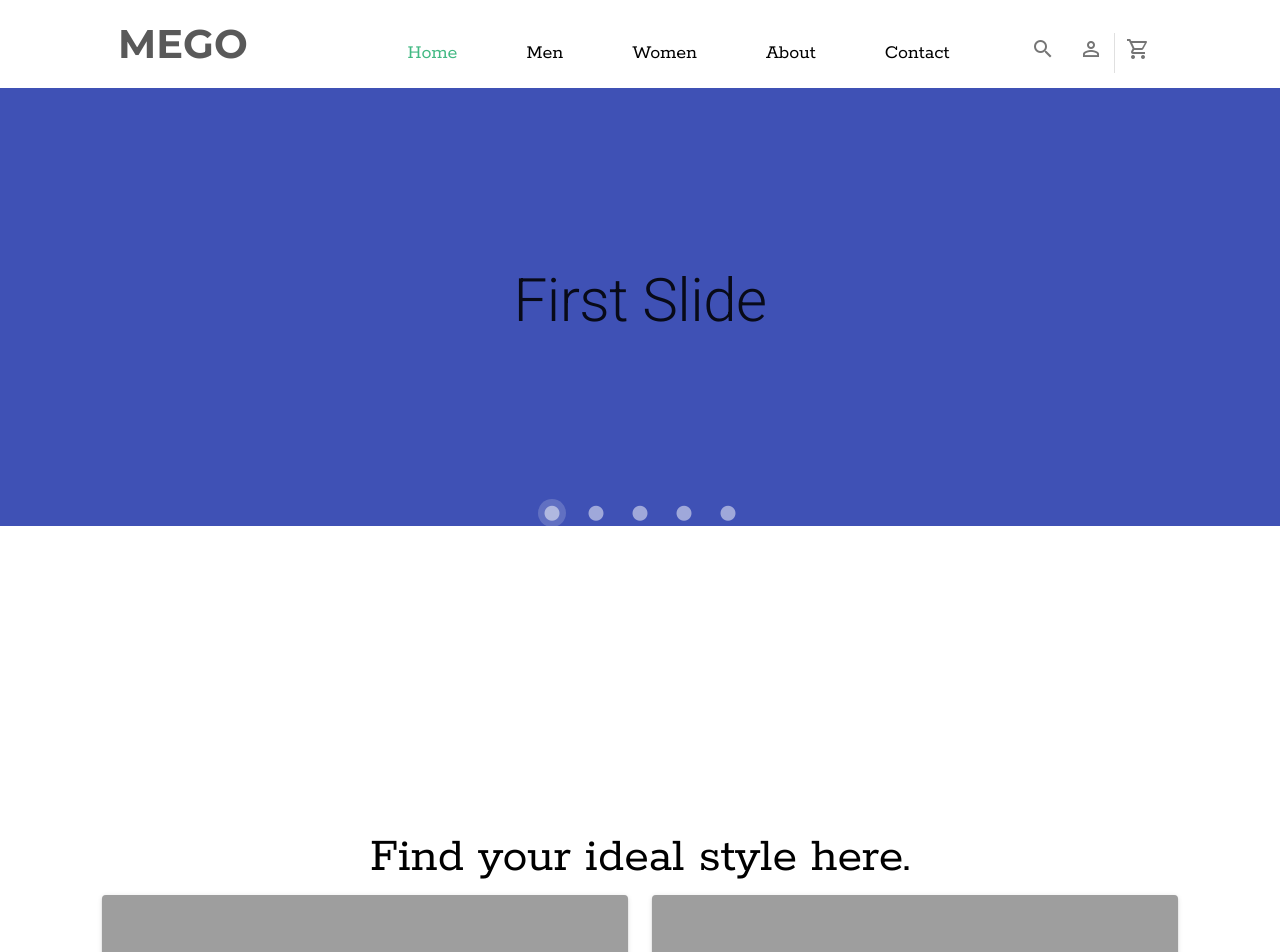
Repository: nguyenphuong152/shoesstore
Page: / (app in frontend-customer/)
An editor plug-in stored every save of this project. The page is shown before and after the next save, followed by the edit.
The browser window is 1280 px wide. The pictures show the part of the page from y = 0 to 952 px (the page is 2754 px tall).
Pictures or frames that could not be fetched are drawn as grey boxes. The project was rebuilt for these pictures with package versions that can differ from the ones it lists, and the page was loaded fresh each time. Also part of the build but not shown: frontend-customer/vue.config.js, frontend-customer/src/views/Men.vue, frontend-customer/src/views/Women.vue.

Above is the page before, as saved 2020-11-19 14:54:53.

### frontend-customer/public/index.html
<!DOCTYPE html>
<html lang="en">
  <head>
    <meta charset="utf-8">
    <meta http-equiv="X-UA-Compatible" content="IE=edge">
    <meta name="viewport" content="width=device-width,initial-scale=1.0">
    <link rel="icon" href="<%= BASE_URL %>favicon.ico">
    <title><%= htmlWebpackPlugin.options.title %></title>
    <link rel="stylesheet" href="https://fonts.googleapis.com/css?family=Roboto:100,300,400,500,700,900">
    <link rel="stylesheet" href="https://cdn.jsdelivr.net/npm/@mdi/font@latest/css/materialdesignicons.min.css">
    <link rel="stylesheet" href="https://fonts.googleapis.com/css?family=Roboto:100,300,400,500,700,900">
    <link href="https://fonts.googleapis.com/css?family=Montserrat:300,400,500,600,700" rel="stylesheet">
	<link href="https://fonts.googleapis.com/css?family=Rokkitt:100,300,400,700" rel="stylesheet">
    <link rel="stylesheet" href="https://cdn.jsdelivr.net/npm/@mdi/font@latest/css/materialdesignicons.min.css">
  </head>
  <body>
    <noscript>
      <strong>We're sorry but <%= htmlWebpackPlugin.options.title %> doesn't work properly without JavaScript enabled. Please enable it to continue.</strong>
    </noscript>
    <div id="app"></div>
    <!-- built files will be auto injected -->
  </body>
</html>

### frontend-customer/src/main.js
import Vue from 'vue'
import App from './App.vue'
import vuetify from './plugins/vuetify';
import router from './router'
import '../sass/style.scss'

Vue.config.productionTip = false

new Vue({
  vuetify,
  router,
  render: h => h(App)
}).$mount('#app')

### frontend-customer/src/App.vue
<template>
  <v-app app>
    <v-container>
      <Toolbar/>
    </v-container>
    <v-main>
      <router-view></router-view>
    </v-main>
      <Footer/>
  </v-app>

</template>

<script>

import Footer from "./components/Footer";
import Toolbar from "./components/Toolbar";

export default {
  name: "App",

  components: {
    Toolbar,
    Footer
  },

  data: () => ({
    //
  }),
};
</script>

### frontend-customer/src/plugins/vuetify.js
import Vue from 'vue';
import Vuetify from 'vuetify/lib';


Vue.use(Vuetify);

const vuetify = new Vuetify({
    theme: {
      themes: {
        light: {
          primary: '#000',
          secondary: '#b0bec5',
          accent: '#8c9eff',
          error: '#b71c1c',
        },
      },
    },
  })

export default new Vuetify({
    vuetify,
});

### frontend-customer/src/router/index.js
import Vue from 'vue'
import VueRouter from 'vue-router'
import Home from '../views/Home.vue'
import Men from '../views/Men.vue'
import Women from '../views/Women.vue'


Vue.use(VueRouter)

const routes = [
  {
    path: '/',
    name: 'Home',
    component: Home
  },
  {
    path: '/men',
    name: 'Men',
    component:Men
  },
  {
    path: '/women',
    name: 'Women',
    component:Women
  },
  {
    path: '/about',
    name: 'About',
    // route level code-splitting
    // this generates a separate chunk (about.[hash].js) for this route
    // which is lazy-loaded when the route is visited.
    component: () => import(/* webpackChunkName: "about" */ '../views/About.vue')
  },
  {
    path: '/contact',
    name: 'Contact',
    component: () => import(/* webpackChunkName: "about" */ '../views/Contact.vue')
  },
  {
    path: '/cart',
    name: 'Cart',
    component: () => import(/* webpackChunkName: "about" */ '../views/Cart.vue')
  },
  {
    path: '/account',
    name: 'Account',
    component: () => import(/* webpackChunkName: "about" */ '../views/Account.vue')
  },
]

const router = new VueRouter({
  mode: 'history',
  base: process.env.BASE_URL,
  routes
})

export default router

### frontend-customer/sass/style.scss

$font-primary: 'Montserrat',
Arial,
sans-serif;
$font-secondary: 'Rokkitt',
Georgia,
serif;

// Overrides
$grid-gutter-width: 20px !default;
$border-radius-base: 4px !default;
$padding-base-vertical: 14px !default;

$brand-primary: #616161 !default;
$brand-secondary: #88c8bc !default;
$brand-yellow: #FFDD00 !default;
$brand-footer-color: #2C2E3E;

$brand-white: #fff;
$brand-black: #000;
$brand-darker: #444;
$brand-gray: #ccc;
$brand-lighter: #e9e9e9;
$brand-body-color: #e8e8e8;
$brand-selection-color: #f9f6f0;
$brand-overlay-color: #4c4a8a;
$brand-bg-color: $brand-white;


#app {
  -webkit-font-smoothing: antialiased;
  -moz-osx-font-smoothing: grayscale;

  text-align: center;
  .container {
    max-width: 1100px;
  }
  font: 300
}

.nav {
  padding-left: 0px;
  a {
    font-size: 20px;
    color: lighten($brand-black,35%);
    font-family: $font-secondary;
    text-decoration: none;
    font-weight: 500;
    &.router-link-exact-active {
      color: #42b983;
    }

  }
}

#logo {
  font-size: 40px;
  font-weight: 700;
  font-family: $font-primary;
  color: lighten($brand-black, 35%);
}


.slogan {
  font-size: 50px;
  color: #2c3e50;
  font-family: $font-secondary;
  text-decoration: none;
}

.title-collection{
  @extend .slogan;
  font-size: 25px;
}


.slogan-3 {
  @extend .slogan;
  font-size: 35px;
}

.title-shoes {
  @extend .slogan;
  font-size: 22px;
}


.footer-text {
  font-family:$font-primary;
  font-size: 16px;
}

### frontend-customer/src/components/Footer.vue
<template>
  <v-footer class="white" padless>
    <v-row justify="center" no-gutters>
      <v-btn
        v-for="link in links"
        :key="link"
        color="black"
        text
        rounded
        class="my-2 footer-text"
      >
        {{ link }}
      </v-btn>
      <v-col class="white py-4 text-center fluid footer-text" cols="12">
        {{ new Date().getFullYear() }} — <strong>Made with love</strong>
        <v-btn class="mx-2" fab dark small color="primary"
        ><v-icon dark>
          mdi-minus
        </v-icon>
      </v-btn>
      </v-col>
    </v-row>
  </v-footer>
</template>

<script>
export default {
  data: () => ({
    links: ["Home", "About Us", "Team", "Services", "Blog", "Contact Us"],
  }),
};
</script>

<style></style>

### frontend-customer/src/components/Toolbar.vue
<template>
  <v-toolbar flat>
    <v-row class="d-flex align-baseline">
      <v-col cols="3" class="d-flex justify-lg-start">
        <v-toolbar-title id="logo">MEGO</v-toolbar-title>
      </v-col>
      <v-col class="d-flex justify-space-around text-start nav">
         <router-link to="/">Home</router-link>
         <router-link to="/men">Men</router-link>
         <router-link to="/women">Women</router-link>
         <router-link to="/about">About</router-link>
         <router-link to="/contact">Contact</router-link>
      </v-col>
      <v-col cols="2" class="d-flex justify-end">
        <v-btn icon>
          <v-icon>mdi-magnify</v-icon>
        </v-btn>

        <v-btn icon>
          <v-icon>mdi-account-outline</v-icon>
        </v-btn>
        <v-divider vertical inset></v-divider>
        <v-btn icon>
          <v-icon>mdi-cart-outline</v-icon>
        </v-btn>
      </v-col>
    </v-row>
  </v-toolbar>
</template>

<script>
export default {};
</script>

<style></style>

### frontend-customer/src/views/Home.vue
<template>
  <div class="app">
    <v-main>
      <div class="d-flex flex-column">
            <Banner />
      <v-container >
        <a class="slogan">Find your ideal style here.</a>
        <Collection />
      </v-container>
      <v-container mt-8>
         <a class="slogan">Best Sellers</a>
        <BestSeller />
      </v-container>
      <v-container my-16>
        <a class="slogan-3">Trusted Partners</a>
        <Partner />
      </v-container>
      </div>
    </v-main>
  </div>
</template>

<script>
import Collection from "../components/Collection";
import Banner from "../components/Banner";
import BestSeller from "../components/BestSeller";
import Partner from "../components/Partner";

export default {
  components: {
    Banner,
    Collection,
    BestSeller,
    Partner,
  },

  data: () => ({
    //
  }),
};
</script>

### frontend-customer/src/components/Collection.vue
<template>
  <v-row>
    <v-col v-for="n in 2" :key="n" class="d-flex child-flex" cols="6">
      <v-card>
        <v-img
          :src="`https://picsum.photos/500/300?image=${n * 5 + 10}`"
          :lazy-src="`https://picsum.photos/10/6?image=${n * 5 + 10}`"
         class="grey lighten-2"
        >
          <template v-slot:placeholder>
            <v-row class="fill-height ma-0" align="center" justify="center">
              <v-progress-circular
                indeterminate
                color="grey lighten-5"
              ></v-progress-circular>
            </v-row>
          </template>
        </v-img>
        <v-card-title class="title-collection justify-center">
      {{titles[n-1]}}
    </v-card-title>
      </v-card>
    </v-col>
  </v-row>
</template>

<script>
export default {
      data(){
          return {
              titles:[
                  "Shop Men's Collection",
                  "Shop Women's Collection",
              ],
          }
      }
};
</script>

<style></style>

### frontend-customer/src/components/Banner.vue
<template>
  <v-app>
    <v-carousel
      cycle
      height="450"
      hide-delimiter-background
      show-arrows-on-hover
    >
      <v-carousel-item v-for="(slide, i) in slides" :key="i">
        <v-sheet :color="colors[i]" height="100%">
          <v-row class="fill-height" align="center" justify="center">
            <div class="display-3">{{ slide }} Slide</div>
          </v-row>
        </v-sheet>
      </v-carousel-item>
    </v-carousel>
  </v-app>
</template>

<script>
export default {
  data() {
    return {
      colors: [
        "indigo",
        "warning",
        "pink darken-2",
        "red lighten-1",
        "deep-purple accent-4",
      ],
      slides: ["First", "Second", "Third", "Fourth", "Fifth"],
    };
  },
};
</script>

### frontend-customer/src/components/BestSeller.vue
<template>
  <v-row >
    <v-col v-for="n in 12" :key="n" class="d-flex child-flex" cols="3">
      <v-card class="mx-auto"
    max-width="300"
    max-height="400"
    outlined>
        <v-img
          :src="`https://picsum.photos/500/300?image=${n * 5 + 10}`"
          :lazy-src="`https://picsum.photos/10/6?image=${n * 5 + 10}`"
          aspect-ratio="1"
          class="grey lighten-2"
          height="200"
        >
          <template v-slot:placeholder>
            <v-row class="fill-height ma-0" align="center" justify="center">
              <v-progress-linear
                indeterminate
                color="yellow darken-2"
              ></v-progress-linear>
            </v-row>
          </template>
        </v-img>
        <v-card-title class="title-shoes justify-center" > Pic{{ n }} </v-card-title>
        <v-card-subtitle justify-center >Price</v-card-subtitle>
      </v-card>
    </v-col>
  </v-row>
</template>

<script>
export default {
  data() {},
};
</script>

<style></style>

### frontend-customer/src/components/Partner.vue
<template>
  <v-row class= "d-flex justify-space-around">
    <v-col
      v-for="item in items"
      :key="item.id"
      class="d-flex child-flex"
      cols="2"
    >
        <v-img :src="item.src" class="grey lighten-2">
          <template v-slot:placeholder>
            <v-row class="fill-height ma-0" align="center" justify="center">
              <v-progress-circular
                indeterminate
                color="grey lighten-5"
              ></v-progress-circular>
            </v-row>
          </template>
        </v-img>
    </v-col>
  </v-row>
</template>

<script>
export default {
  data() {
    return {
      items: [
        {
          id: 1,
          src: require("../assets/brand-1.jpg"),
        },
        {
          id: 2,
          src: require("../assets/brand-2.jpg"),
        },
        {
          id: 3,
          src: require("../assets/brand-3.jpg"),
        },
        {
          id: 4,
          src: require("../assets/brand-4.jpg"),
        },
        {
          id: 5,
          src: require("../assets/brand-5.jpg"),
        },
      ],
    };
  },
};
</script>

<style></style>

After the next save:
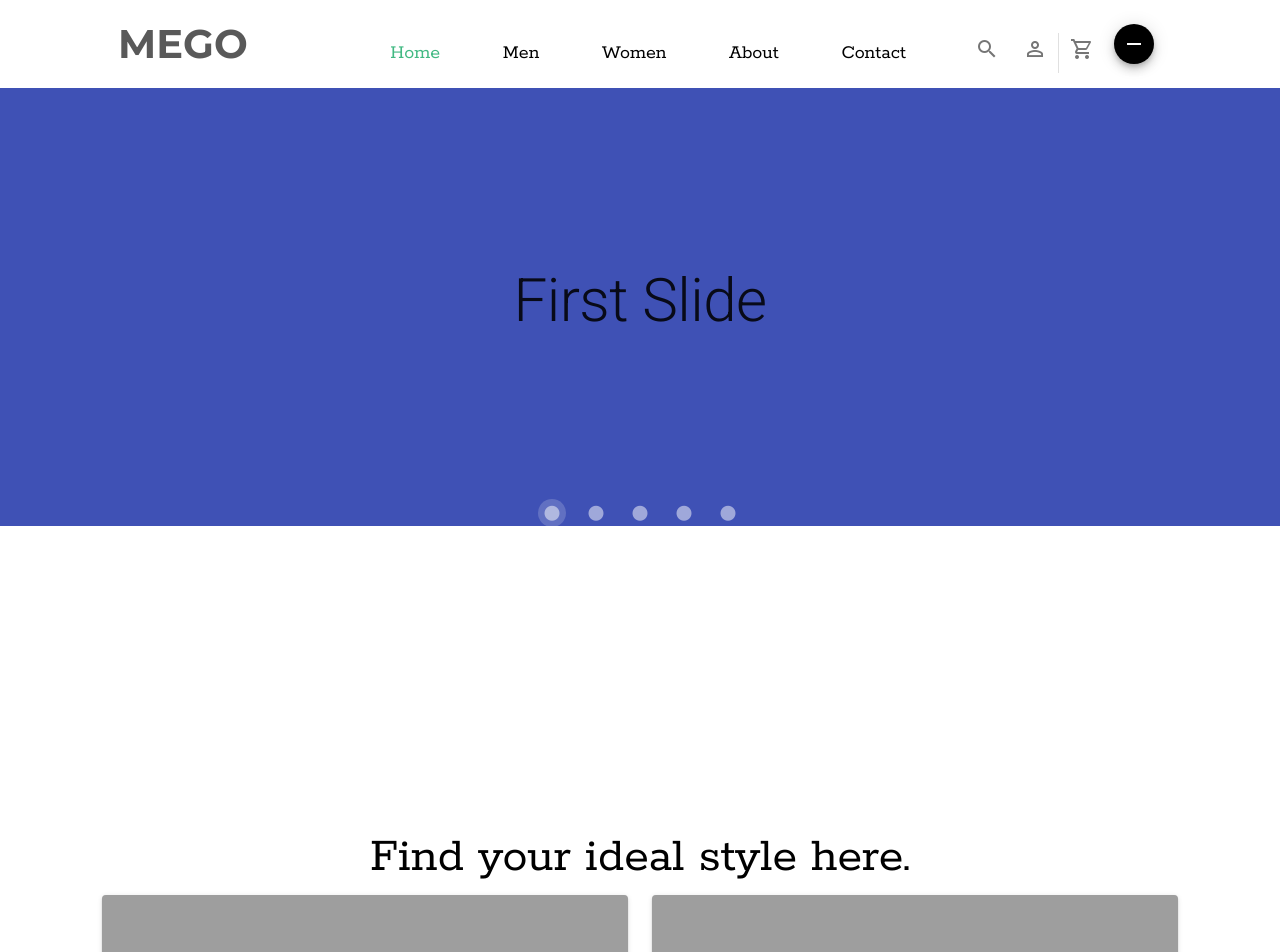
Saved 5 min 43 s later.
--- a/frontend-customer/src/components/Toolbar.vue
+++ b/frontend-customer/src/components/Toolbar.vue
@@ -25,6 +25,11 @@
         </v-btn>
       </v-col>
     </v-row>
+    <v-btn class="mx-2" fab dark small color="primary"
+        ><v-icon dark>
+          mdi-minus
+        </v-icon>
+      </v-btn>
   </v-toolbar>
 </template>
 

After the save that followed:
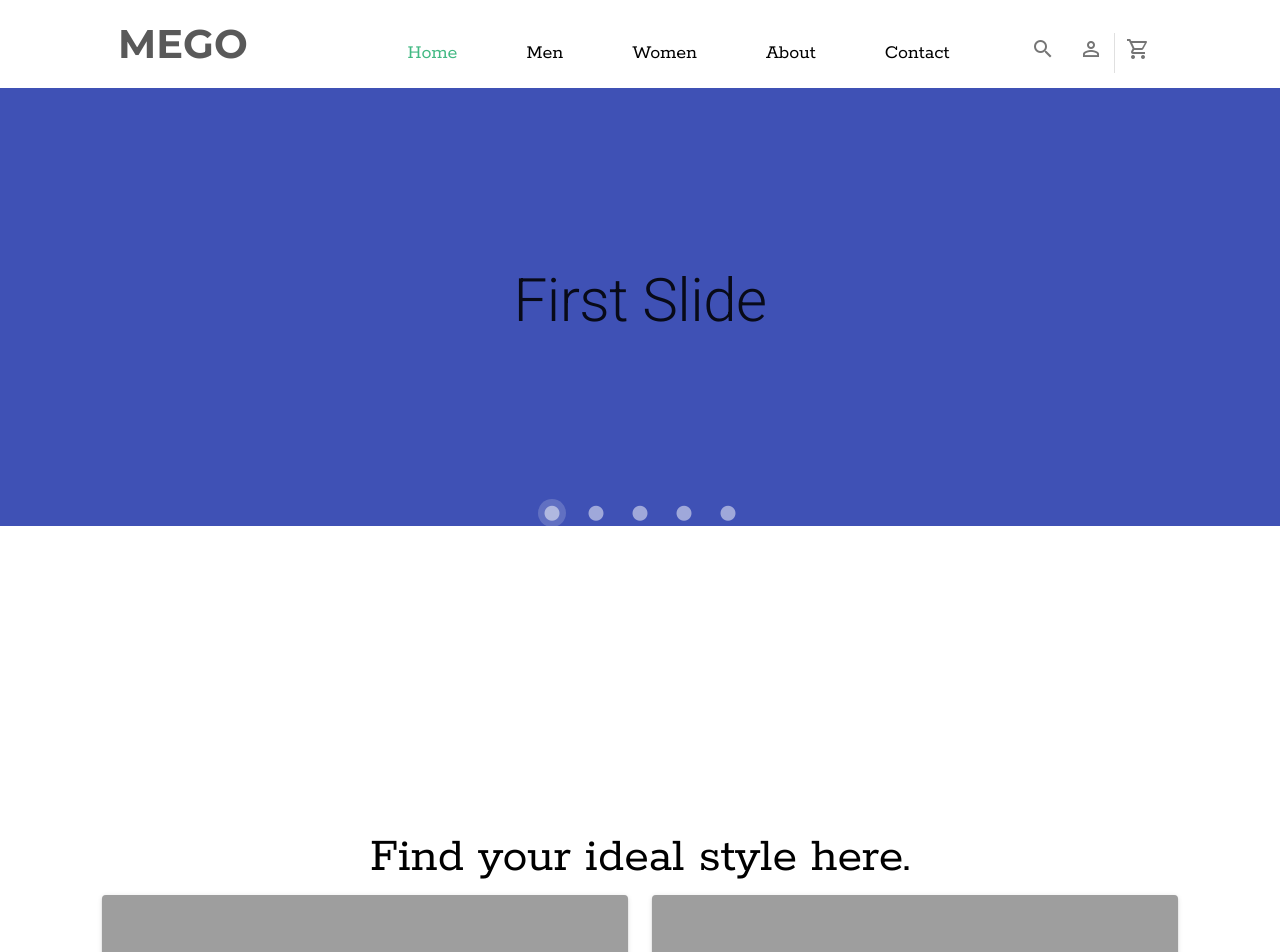
Saved 32 s later.
--- a/frontend-customer/src/components/Toolbar.vue
+++ b/frontend-customer/src/components/Toolbar.vue
@@ -25,11 +25,19 @@
         </v-btn>
       </v-col>
     </v-row>
-    <v-btn class="mx-2" fab dark small color="primary"
-        ><v-icon dark>
-          mdi-minus
-        </v-icon>
-      </v-btn>
+    <v-btn
+            v-scroll="onScroll"
+            v-show="fab"
+            fab
+            dark
+            fixed
+            bottom
+            right
+            color="primary"
+            @click="toTop"
+          >
+            <v-icon>keyboard_arrow_up</v-icon>
+          </v-btn>
   </v-toolbar>
 </template>
 
